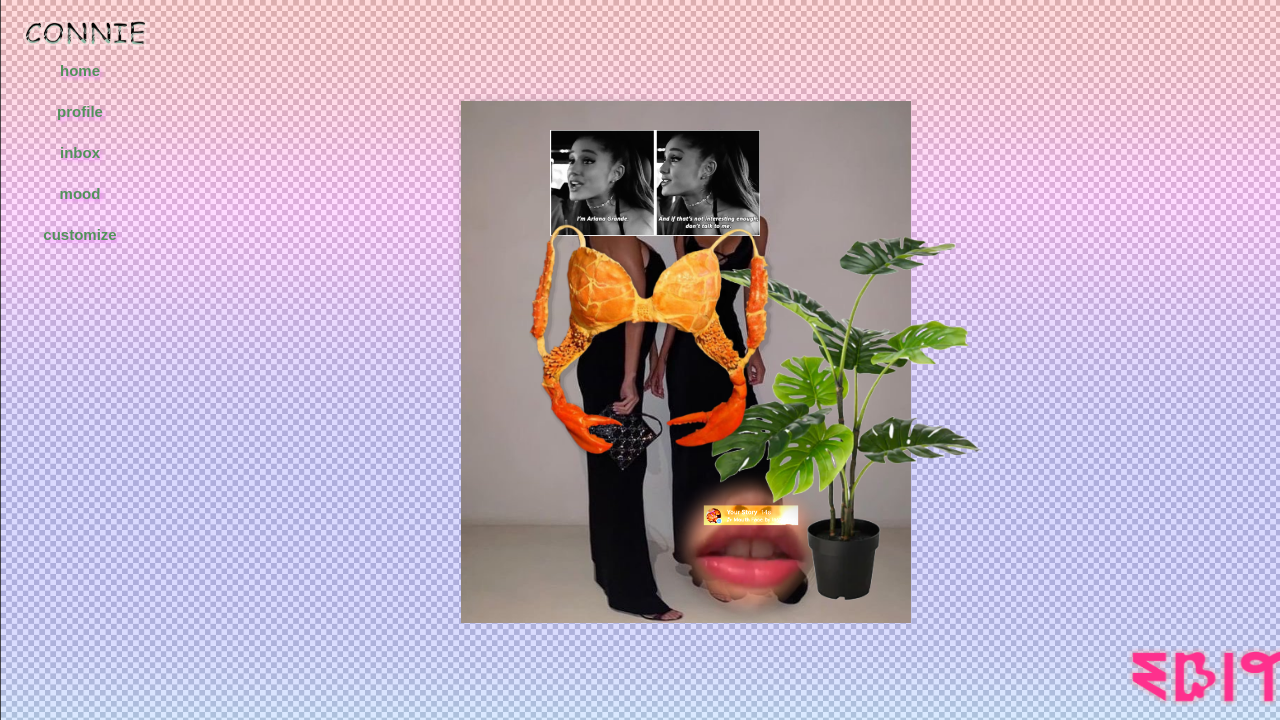
Repository: xuc009/xuc009.github.io
Page: track12/index.html
An editor plug-in stored every save of this project. The page is shown before and after a run of saves, followed by the edit.
The browser window is 1280 px wide. The pictures show the whole page.
Some web fonts or font styles are not loaded; a fallback is used. Some web libraries are served in a nearby version.

Above is the page before, as saved 2018-12-08 16:57:06.

After the next 2 saves:
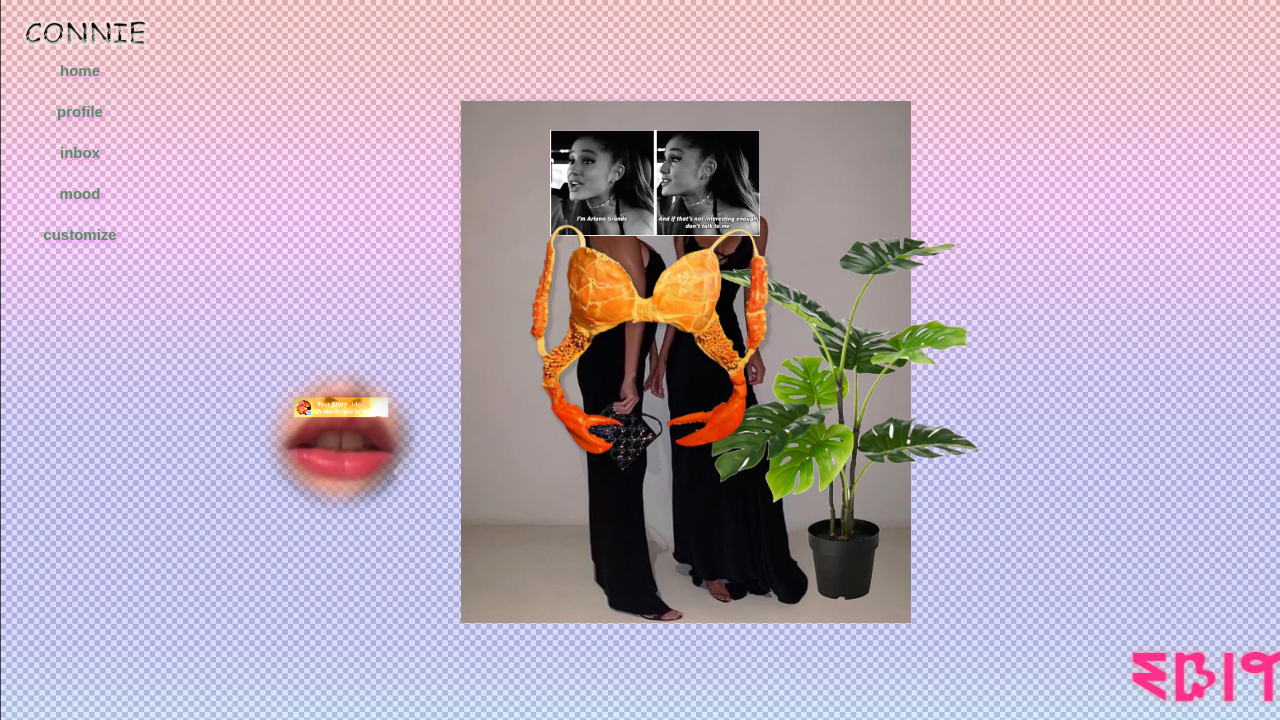
The 2 saves are shown as one change because they came seconds apart.
The last was saved 6 s later.
--- a/track12/assets/css/styles.css
+++ b/track12/assets/css/styles.css
@@ -72,8 +72,8 @@
     width: 365px;
     border: none;
     position: absolute;
-    top: 65%;
-    left: 52%;
+    top: 50%;
+    left: 20%;
     cursor: move;
 }
 
